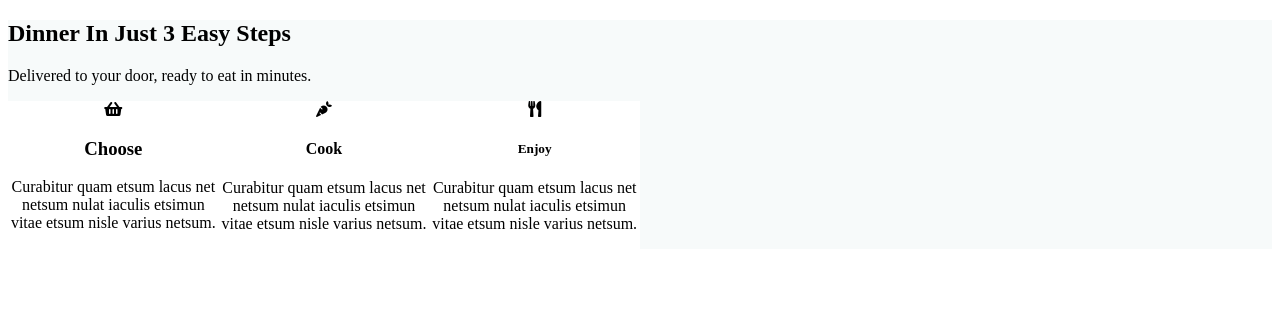
Repository: ST-United-Internship/leadpage
Page: wrapper-UI.html
These files come from the project's save history. The page is drawn as it stood at one moment and after the next save; the edit follows.
The browser window is 1280 px wide. The pictures show the whole page.

Above is the page before, as saved 2023-03-15 13:50:01.

After the next save:
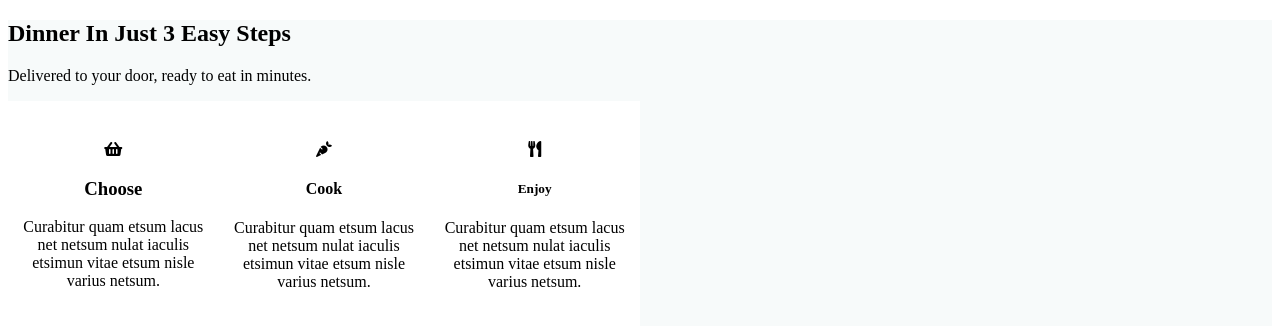
Saved 53 s later.
--- a/css/wrapper-UI.css
+++ b/css/wrapper-UI.css
@@ -54,6 +54,7 @@
     background-color: #FFF;
     text-align: center;
     transition: transform 0.5s linear;
+    padding: 40px 15px 32px 15px;
 }
 
 .card-wrapper:hover{
